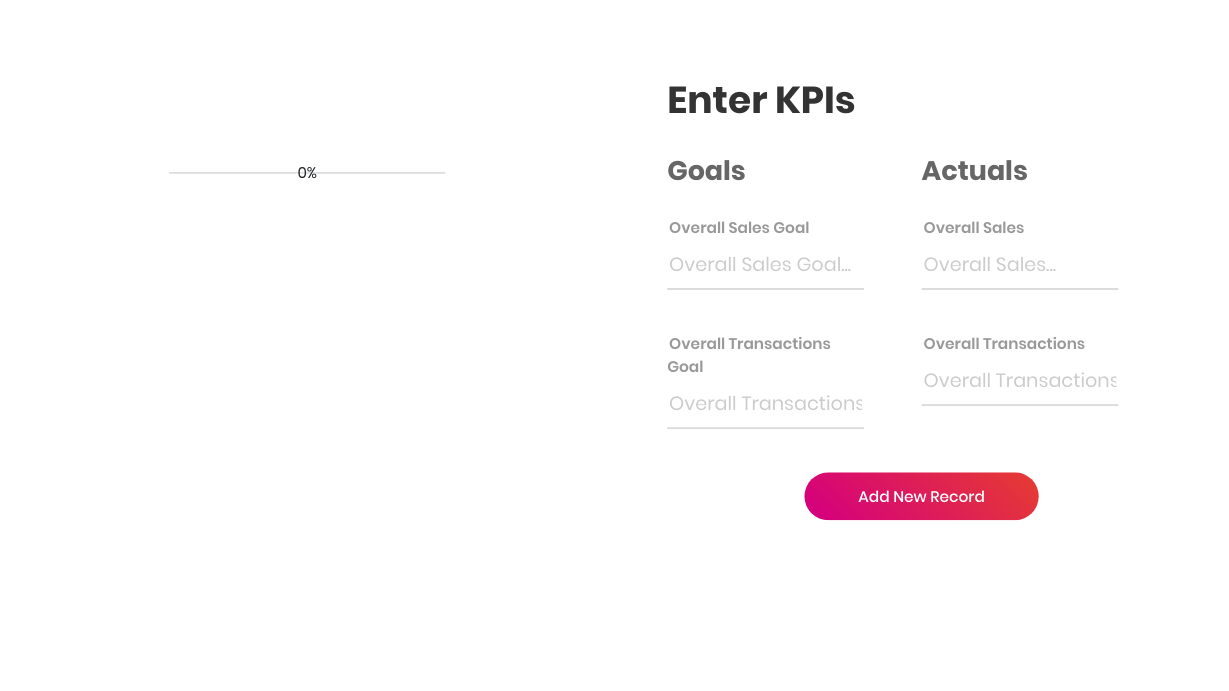
Repository: jameyel/kpi-entry
Page: index.html
The author's editor kept a copy of each file at every save. The page is drawn from the files as they stood at one save, then again after the next save.
The browser window is 1280 px wide. The pictures show the whole page, at 96% of full size.

Above is the page before, as saved 2018-12-10 10:00:39.

### index.html
<!DOCTYPE html>
<html lang="en">
  <head>
    <title>Contact V13</title>
    <meta charset="UTF-8" />
    <meta name="viewport" content="width=device-width, initial-scale=1" />
    <!--
      ===============================================================================================
    -->
    <link rel="icon" type="image/png" href="images/icons/favicon.ico" />
    <!--
      ===============================================================================================
    -->
    <link
      rel="stylesheet"
      type="text/css"
      href="vendor/bootstrap/css/bootstrap.min.css"
    />
    <!--
      ===============================================================================================
    -->
    <link
      rel="stylesheet"
      type="text/css"
      href="fonts/font-awesome-4.7.0/css/font-awesome.min.css"
    />
    <!--
      ===============================================================================================
    -->
    <link
      rel="stylesheet"
      type="text/css"
      href="fonts/Linearicons-Free-v1.0.0/icon-font.min.css"
    />
    <!--
      ===============================================================================================
    -->
    <link
      rel="stylesheet"
      type="text/css"
      href="fonts/iconic/css/material-design-iconic-font.min.css"
    />
    <!--
      ===============================================================================================
    -->
    <link rel="stylesheet" type="text/css" href="vendor/animate/animate.css" />
    <!--
      ===============================================================================================
    -->
    <link
      rel="stylesheet"
      type="text/css"
      href="vendor/css-hamburgers/hamburgers.min.css"
    />
    <!--
      ===============================================================================================
    -->
    <link
      rel="stylesheet"
      type="text/css"
      href="vendor/animsition/css/animsition.min.css"
    />
    <!--
      ===============================================================================================
    -->
    <link
      rel="stylesheet"
      type="text/css"
      href="vendor/select2/select2.min.css"
    />
    <!--
      ===============================================================================================
    -->
    <link
      rel="stylesheet"
      type="text/css"
      href="vendor/daterangepicker/daterangepicker.css"
    />
    <link rel="stylesheet" type="text/css" href="./css/loading-bar.css" />
    <!--
      ===============================================================================================
    -->
    <link rel="stylesheet" type="text/css" href="css/util.css" />
    <link rel="stylesheet" type="text/css" href="css/main.css" />
    <!--
      ===============================================================================================
    -->
  </head>
  <body>
    <div class="container-kpi100">
      <div class="kpi100-chart">
        <div
          class="ldBar label-center ldbar-overall-sales"
          style="width:50%;height:50%;margin:auto"
        ></div>
      </div>

      <div class="wrap-kpi100">
        <form
          action="http://localhost:8080/api/v1/kpis"
          method="post"
          class="kpi100-form validate-form"
        >
          <span class="kpi100-form-title"> Enter KPIs </span>

          <div class="kpi100-form-sections">
            <div class="kpi100-form-section">
              <span class="kpi100-form-subtitle"> Goals </span>
              <div
                class="wrap-input100 validate-input"
                data-validate="Overall Sales Goal is required: 123456"
              >
                <span class="label-input100">Overall Sales Goal</span>
                <input
                  class="input100 overall-sales-goal"
                  type="text"
                  name="overall_sales_goal"
                  placeholder="Overall Sales Goal..."
                />
                <span class="focus-input100"></span>
              </div>

              <div
                class="wrap-input100 validate-input"
                data-validate="Overall Transactions Goal is required: 123456"
              >
                <span class="label-input100">Overall Transactions Goal</span>
                <input
                  class="input100"
                  type="text"
                  name="overall_transactions_goal"
                  placeholder="Overall Transactions Goal..."
                />
                <span class="focus-input100"></span>
              </div>
            </div>

            <div class="kpi100-form-section">
              <span class="kpi100-form-subtitle"> Actuals </span>
              <div
                class="wrap-input100 validate-input"
                data-validate="Overall Sales are required: 123456"
              >
                <span class="label-input100">Overall Sales</span>
                <input
                  class="input100 overall-sales"
                  type="text"
                  name="overall_sales"
                  placeholder="Overall Sales..."
                />
                <span class="focus-input100"></span>
              </div>

              <div
                class="wrap-input100 validate-input"
                data-validate="Overall Transactions is required: 123456"
              >
                <span class="label-input100">Overall Transactions</span>
                <input
                  class="input100"
                  type="text"
                  name="overall_transactions"
                  placeholder="Overall Transactions..."
                />
                <span class="focus-input100"></span>
              </div>
            </div>
          </div>

          <div class="container-kpi100-form-btn">
            <div class="wrap-kpi100-form-btn">
              <div class="kpi100-form-bgbtn"></div>
              <button type="submit" class="kpi100-form-btn">
                Add New Record
              </button>
            </div>
          </div>
        </form>
      </div>
    </div>

    <div id="dropDownSelect1"></div>

    <!--
      ===============================================================================================
    -->
    <script src="vendor/jquery/jquery-3.2.1.min.js"></script>
    <!--
      ===============================================================================================
    -->
    <script src="vendor/animsition/js/animsition.min.js"></script>
    <!--
      ===============================================================================================
    -->
    <script src="vendor/bootstrap/js/popper.js"></script>
    <script src="vendor/bootstrap/js/bootstrap.min.js"></script>
    <!--
      ===============================================================================================
    -->
    <script src="vendor/select2/select2.min.js"></script>
    <!--
      ===============================================================================================
    -->
    <script src="vendor/daterangepicker/moment.min.js"></script>
    <script src="vendor/daterangepicker/daterangepicker.js"></script>
    <!--
      ===============================================================================================
    -->
    <script src="vendor/countdowntime/countdowntime.js"></script>
    <!--
      ===============================================================================================
    -->
    <script src="js/chart-custom.js"></script>
    <!--
      ===============================================================================================
    -->
    <script type="text/javascript" src="./js/loading-bar.js"></script>
    <script src="js/main.js"></script>
  </body>
</html>

### css/main.css
/*//////////////////////////////////////////////////////////////////
[ FONT ]*/

@font-face {
  font-family: Poppins-Regular;
  src: url('../fonts/poppins/Poppins-Regular.ttf');
}

@font-face {
  font-family: Poppins-Medium;
  src: url('../fonts/poppins/Poppins-Medium.ttf');
}

@font-face {
  font-family: Poppins-Bold;
  src: url('../fonts/poppins/Poppins-Bold.ttf');
}

@font-face {
  font-family: Poppins-SemiBold;
  src: url('../fonts/poppins/Poppins-SemiBold.ttf');
}

/*//////////////////////////////////////////////////////////////////
[ RESTYLE TAG ]*/

* {
  margin: 0px;
  padding: 0px;
  box-sizing: border-box;
}

body,
html {
  height: 100%;
  font-family: Poppins-Regular, sans-serif;
}

/*---------------------------------------------*/
a {
  font-family: Poppins-Regular;
  font-size: 14px;
  line-height: 1.7;
  color: #666666;
  margin: 0px;
  transition: all 0.4s;
  -webkit-transition: all 0.4s;
  -o-transition: all 0.4s;
  -moz-transition: all 0.4s;
}

a:focus {
  outline: none !important;
}

a:hover {
  text-decoration: none;
}

/*---------------------------------------------*/
h1,
h2,
h3,
h4,
h5,
h6 {
  margin: 0px;
}

p {
  font-family: Poppins-Regular;
  font-size: 14px;
  line-height: 1.7;
  color: #666666;
  margin: 0px;
}

ul,
li {
  margin: 0px;
  list-style-type: none;
}

/*---------------------------------------------*/
input {
  outline: none;
  border: none;
}

input[type='number'] {
  -moz-appearance: textfield;
  appearance: none;
  -webkit-appearance: none;
}

input[type='number']::-webkit-outer-spin-button,
input[type='number']::-webkit-inner-spin-button {
  -webkit-appearance: none;
}

textarea {
  outline: none;
  border: none;
}

textarea:focus,
input:focus {
  border-color: transparent !important;
}

input:focus::-webkit-input-placeholder {
  color: transparent;
}
input:focus:-moz-placeholder {
  color: transparent;
}
input:focus::-moz-placeholder {
  color: transparent;
}
input:focus:-ms-input-placeholder {
  color: transparent;
}

textarea:focus::-webkit-input-placeholder {
  color: transparent;
}
textarea:focus:-moz-placeholder {
  color: transparent;
}
textarea:focus::-moz-placeholder {
  color: transparent;
}
textarea:focus:-ms-input-placeholder {
  color: transparent;
}

input::-webkit-input-placeholder {
  color: #cccccc;
}
input:-moz-placeholder {
  color: #cccccc;
}
input::-moz-placeholder {
  color: #cccccc;
}
input:-ms-input-placeholder {
  color: #cccccc;
}

textarea::-webkit-input-placeholder {
  color: #cccccc;
}
textarea:-moz-placeholder {
  color: #cccccc;
}
textarea::-moz-placeholder {
  color: #cccccc;
}
textarea:-ms-input-placeholder {
  color: #cccccc;
}

/*---------------------------------------------*/
button {
  outline: none !important;
  border: none;
  background: transparent;
}

button:hover {
  cursor: pointer;
}

iframe {
  border: none !important;
}

/*//////////////////////////////////////////////////////////////////
[ Contact ]*/

.container-kpi100 {
  width: 100%;
  min-height: 100vh;
  display: -webkit-box;
  display: -webkit-flex;
  display: -moz-box;
  display: -ms-flexbox;
  display: flex;
  flex-wrap: wrap;
  justify-content: flex-end;
  align-items: center;
  background: transparent;
  position: relative;
  z-index: 1;
}

.kpi100-chart {
  position: absolute;
  z-index: -2;
  /* width: calc(100% - 640px); */
  width: 50%;
  height: 100%;
  top: 0;
  left: 0;
  /* background: #000; */
}

.wrap-kpi100 {
  /* width: 640px; */
  width: 50%;
  min-height: 100vh;
  background: #fff;
  border-radius: 2px;
  padding: 82px 55px 33px 55px;
  position: relative;
}

.show-wrap-kpi100 {
  visibility: visible;
  opacity: 1;
}

/*==================================================================
[ Form ]*/

.kpi100-form {
  width: 100%;
  display: -webkit-box;
  display: -webkit-flex;
  display: -moz-box;
  display: -ms-flexbox;
  display: flex;
  flex-direction: column;
  flex-wrap: wrap;
  justify-content: space-between;
  padding-bottom: 68px;
}

.kpi100-form-sections {
  display: flex;
}

.kpi100-form-section {
  display: flex;
  flex-direction: column;
  width: 100%;
  margin-right: 60px;
}

.kpi100-form-title {
  /* display: block;
  width: 100%; */
  font-family: Poppins-Bold;
  font-size: 39px;
  color: #333;
  line-height: 1.2;
  text-align: left;
  padding-bottom: 32px;
}

.kpi100-form-subtitle {
  /* display: block;
  width: 100%; */
  font-family: Poppins-Bold;
  font-size: 28px;
  color: #666;
  line-height: 1.2;
  text-align: left;
  padding-bottom: 32px;
}

/*------------------------------------------------------------------
[ Input ]*/

.wrap-input100 {
  width: 100%;
  position: relative;
  border-bottom: 2px solid #dbdbdb;
  margin-bottom: 45px;
}

.label-input100 {
  font-family: Poppins-SemiBold;
  font-size: 16px;
  color: #999999;
  line-height: 1.2;
  padding-left: 2px;
}

.input100 {
  display: block;
  width: 100%;
  background: transparent;
  font-family: Poppins-Regular;
  font-size: 20px;
  color: #555555;
  line-height: 1.2;
  padding: 0 2px;
}

.focus-input100 {
  position: absolute;
  display: block;
  width: 100%;
  height: 100%;
  top: 0;
  left: 0;
  pointer-events: none;
}

.focus-input100::before {
  content: '';
  display: block;
  position: absolute;
  bottom: -2px;
  left: 0;
  width: 0;
  height: 2px;

  -webkit-transition: all 0.4s;
  -o-transition: all 0.4s;
  -moz-transition: all 0.4s;
  transition: all 0.4s;

  background: #df254e;
  background: -webkit-linear-gradient(45deg, #d5007d, #e53935);
  background: -o-linear-gradient(45deg, #d5007d, #e53935);
  background: -moz-linear-gradient(45deg, #d5007d, #e53935);
  background: linear-gradient(45deg, #d5007d, #e53935);
}

/*---------------------------------------------*/
input.input100 {
  height: 50px;
}

textarea.input100 {
  min-height: 140px;
  padding-top: 13px;
  padding-bottom: 13px;
}

.input100:focus + .focus-input100::before {
  width: 100%;
}

.has-val.input100 + .focus-input100::before {
  width: 100%;
}

/*------------------------------------------------------------------
[ Button ]*/
.container-kpi100-form-btn {
  width: 100%;
  display: -webkit-box;
  display: -webkit-flex;
  display: -moz-box;
  display: -ms-flexbox;
  display: flex;
  flex-wrap: wrap;
  justify-content: center;
}

.wrap-kpi100-form-btn {
  display: block;
  position: relative;
  z-index: 1;
  border-radius: 25px;
  overflow: hidden;
}

.kpi100-form-bgbtn {
  position: absolute;
  z-index: -1;
  width: 300%;
  height: 100%;
  background: #df2351;
  background: -webkit-linear-gradient(
    -135deg,
    #d5007d,
    #e53935,
    #d5007d,
    #e53935
  );
  background: -o-linear-gradient(-135deg, #d5007d, #e53935, #d5007d, #e53935);
  background: -moz-linear-gradient(-135deg, #d5007d, #e53935, #d5007d, #e53935);
  background: linear-gradient(-135deg, #d5007d, #e53935, #d5007d, #e53935);
  top: 0;
  left: -100%;
  -webkit-transition: all 0.4s;
  -o-transition: all 0.4s;
  -moz-transition: all 0.4s;
  transition: all 0.4s;
}
.kpi100-form-btn {
  display: -webkit-box;
  display: -webkit-flex;
  display: -moz-box;
  display: -ms-flexbox;
  display: flex;
  justify-content: center;
  align-items: center;
  padding: 0 20px;
  min-width: 244px;
  height: 50px;
  font-family: Poppins-Medium;
  font-size: 16px;
  color: #fff;
  line-height: 1.2;
}
.wrap-kpi100-form-btn:hover .kpi100-form-bgbtn {
  left: 0;
}
/* ------------------------------------------------------------------
[ Responsive ] */
@media (max-width: 576px) {
  .wrap-kpi100 {
    padding: 82px 15px 33px 15px;
  }
}
/* ------------------------------------------------------------------
[ Alert validate ] */
.validate-input {
  position: relative;
}
.alert-validate::before {
  content: attr(data-validate);
  position: absolute;
  max-width: 70%;
  background-color: #fff;
  border: 1px solid #c80000;
  border-radius: 2px;
  padding: 4px 30px 4px 10px;
  bottom: calc((100% - 25px) / 2);
  -webkit-transform: translateY(50%);
  -moz-transform: translateY(50%);
  -ms-transform: translateY(50%);
  -o-transform: translateY(50%);
  transform: translateY(50%);
  right: 2px;
  pointer-events: none;
  font-family: Poppins-Medium;
  color: #c80000;
  font-size: 14px;
  line-height: 1.4;
  text-align: left;
  visibility: hidden;
  opacity: 0;
  -webkit-transition: opacity 0.4s;
  -o-transition: opacity 0.4s;
  -moz-transition: opacity 0.4s;
  transition: opacity 0.4s;
}
.alert-validate::after {
  content: '\f06a';
  font-family: FontAwesome;
  display: block;
  position: absolute;
  color: #c80000;
  font-size: 16px;
  bottom: calc((100% - 25px) / 2);
  -webkit-transform: translateY(50%);
  -moz-transform: translateY(50%);
  -ms-transform: translateY(50%);
  -o-transform: translateY(50%);
  transform: translateY(50%);
  right: 8px;
}
.alert-validate:hover:before {
  visibility: visible;
  opacity: 1;
}
@media (max-width: 992px) {
  .alert-validate::before {
    visibility: visible;
    opacity: 1;
  }
}
.true-validate::after {
  content: '\f26b';
  font-family: Material-Design-Iconic-Font;
  font-size: 20px;
  color: #00ad5f;
  display: -webkit-box;
  display: -webkit-flex;
  display: -moz-box;
  display: -ms-flexbox;
  display: flex;
  align-items: center;
  justify-content: center;
  position: absolute;
  bottom: calc((100% - 25px) / 2);
  -webkit-transform: translateY(50%);
  -moz-transform: translateY(50%);
  -ms-transform: translateY(50%);
  -o-transform: translateY(50%);
  transform: translateY(50%);
  right: 5px;
}
/* ==================================================================
[ Contact more ] */
.kpi100-more {
  font-family: Poppins-Medium;
  font-size: 16px;
  color: #fff;
  position: fixed;
  z-index: -1;
  display: -webkit-box;
  display: -webkit-flex;
  display: -moz-box;
  display: -ms-flexbox;
  display: flex;
  justify-content: center;
  align-items: center;
  min-width: 212px;
  height: 50px;
  border-radius: 25px;
  background-color: #39b54a;
  padding: 0 20px;
  top: 50%;
  left: calc((100% - 640px) / 2);
  -webkit-transform: translate(-50%, -50%);
  -moz-transform: translate(-50%, -50%);
  -ms-transform: translate(-50%, -50%);
  -o-transform: translate(-50%, -50%);
  transform: translate(-50%, -50%);
}
.kpi100-more i {
  font-size: 20px;
  margin-right: 10px;
}
@media (max-width: 1200px) {
  .wrap-kpi100 {
    width: 440px;
  }
  .kpi100-map {
    width: calc(100% - 440px);
  }
  .kpi100-more {
    left: calc((100% - 440px) / 2);
  }
}
@media (max-width: 768px) {
  .wrap-kpi100 {
    width: 100%;
  }
  .kpi100-map {
    display: none;
  }
  .kpi100-more {
    position: absolute;
    background-color: transparent;
    color: #39b54a;
    bottom: 0px;
    top: auto;
    left: 50%;
    z-index: 10;
  }
}

Loaded but not shown: vendor/bootstrap/css/bootstrap.min.css (library); fonts/font-awesome-4.7.0/css/font-awesome.min.css (library); fonts/Linearicons-Free-v1.0.0/icon-font.min.css (library); fonts/iconic/css/material-design-iconic-font.min.css (library); vendor/animate/animate.css (library); vendor/css-hamburgers/hamburgers.min.css (library); vendor/animsition/css/animsition.min.css (library); vendor/select2/select2.min.css (library); vendor/daterangepicker/daterangepicker.css (library); css/loading-bar.css (common file); vendor/jquery/jquery-3.2.1.min.js (library); vendor/animsition/js/animsition.min.js (library); vendor/bootstrap/js/popper.js (library); vendor/bootstrap/js/bootstrap.min.js (library); vendor/select2/select2.min.js (library); vendor/daterangepicker/moment.min.js (library); vendor/daterangepicker/daterangepicker.js (library); vendor/countdowntime/countdowntime.js (common file); js/loading-bar.js (803 lines, source omitted); js/main.js (94 lines, source omitted); js/chart-custom.js (23 lines, source omitted); css/util.css (2984 lines, source omitted)

After the next save:
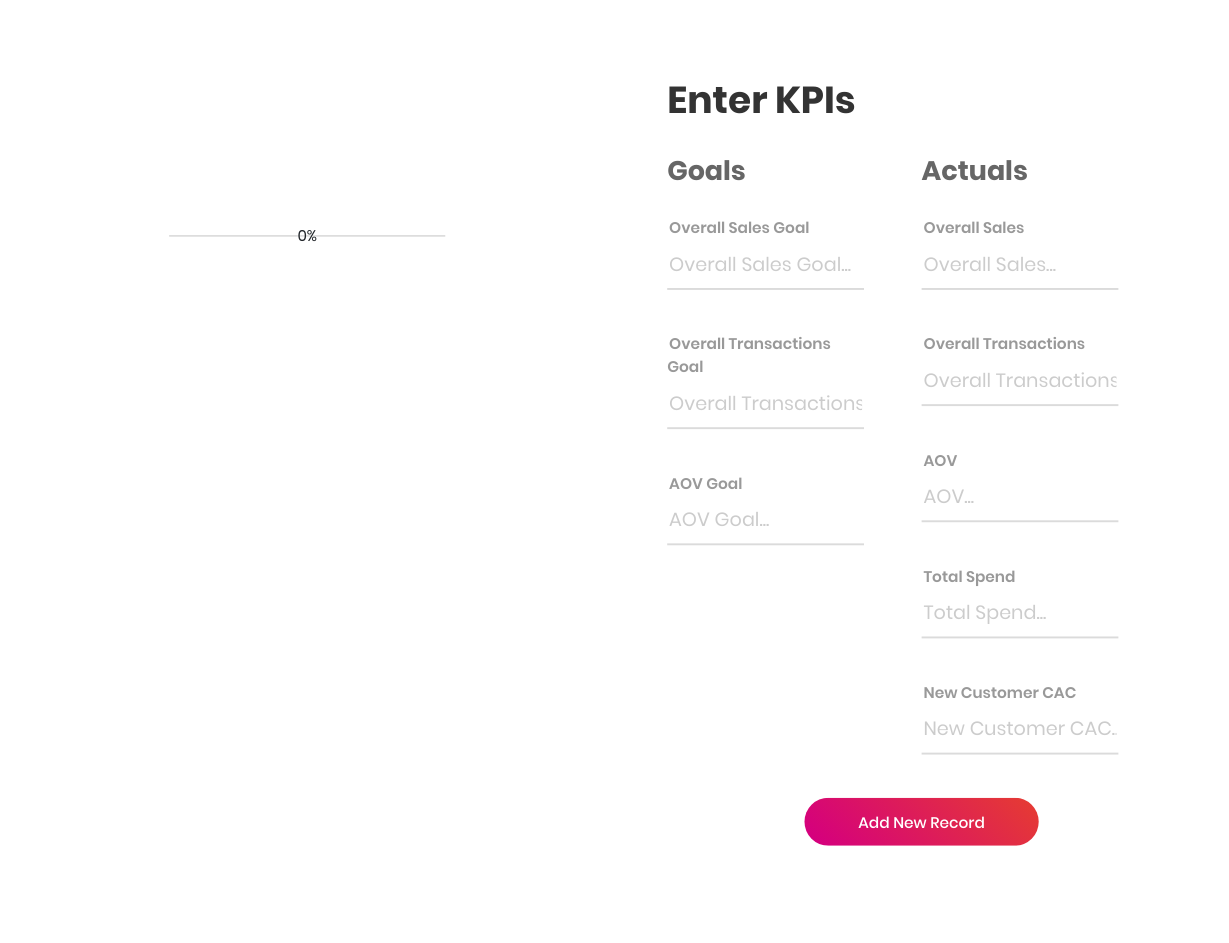
Saved 24 min 36 s later.
--- a/index.html
+++ b/index.html
@@ -133,6 +133,20 @@
                 />
                 <span class="focus-input100"></span>
               </div>
+
+              <div
+                class="wrap-input100 validate-input"
+                data-validate="AOV Goal is required: 1234.56"
+              >
+                <span class="label-input100">AOV Goal</span>
+                <input
+                  class="input100"
+                  type="text"
+                  name="aov_goal"
+                  placeholder="AOV Goal..."
+                />
+                <span class="focus-input100"></span>
+              </div>
             </div>
 
             <div class="kpi100-form-section">
@@ -161,6 +175,48 @@
                   type="text"
                   name="overall_transactions"
                   placeholder="Overall Transactions..."
+                />
+                <span class="focus-input100"></span>
+              </div>
+
+              <div
+                class="wrap-input100 validate-input"
+                data-validate="AOV is required: 1234.56"
+              >
+                <span class="label-input100">AOV</span>
+                <input
+                  class="input100"
+                  type="text"
+                  name="aov"
+                  placeholder="AOV..."
+                />
+                <span class="focus-input100"></span>
+              </div>
+
+              <div
+                class="wrap-input100 validate-input"
+                data-validate="Total Spend is required: 123456"
+              >
+                <span class="label-input100">Total Spend</span>
+                <input
+                  class="input100"
+                  type="text"
+                  name="total_spend"
+                  placeholder="Total Spend..."
+                />
+                <span class="focus-input100"></span>
+              </div>
+
+              <div
+                class="wrap-input100 validate-input"
+                data-validate="New Customer CAC is required: 12.34"
+              >
+                <span class="label-input100">New Customer CAC</span>
+                <input
+                  class="input100"
+                  type="text"
+                  name="new_cust_cac"
+                  placeholder="New Customer CAC..."
                 />
                 <span class="focus-input100"></span>
               </div>
